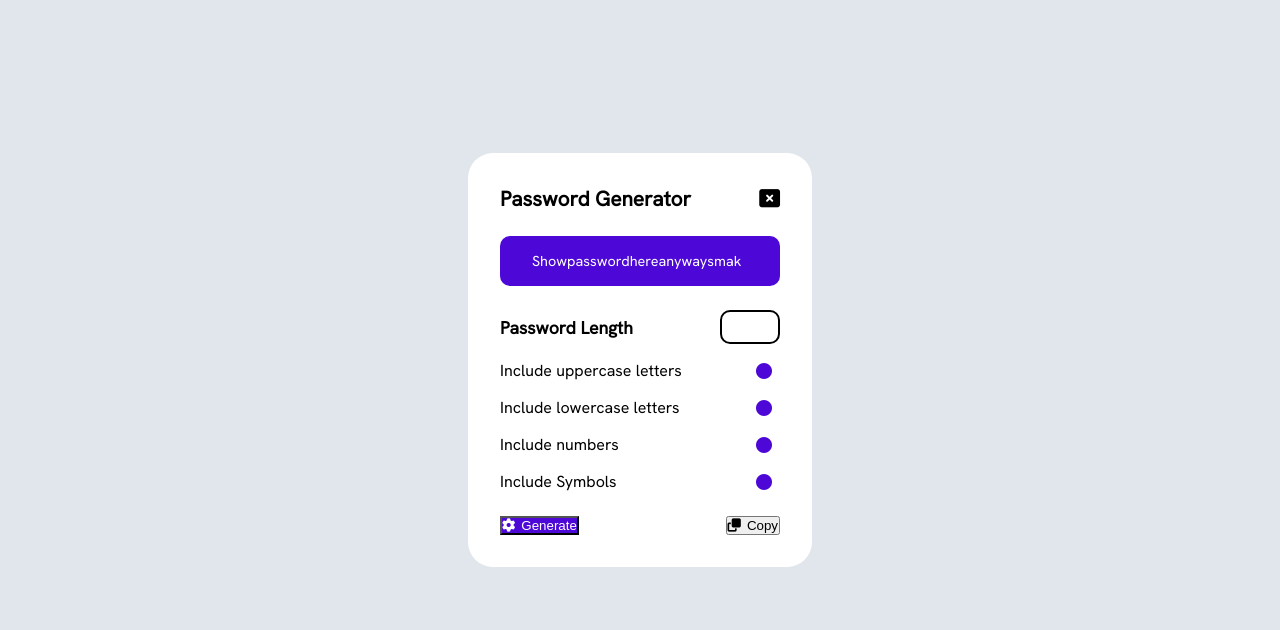
Repository: emiliaiwu/password_generator
Page: index.html
These files come from the project's save history. The page is drawn as it stood at one moment and after a run of saves; the edit follows.
The browser window is 1280 px wide. The pictures show the whole page.
Some web libraries are served in a nearby version.

Above is the page before, as saved 2022-12-14 05:10:33.

After the next 5 saves:
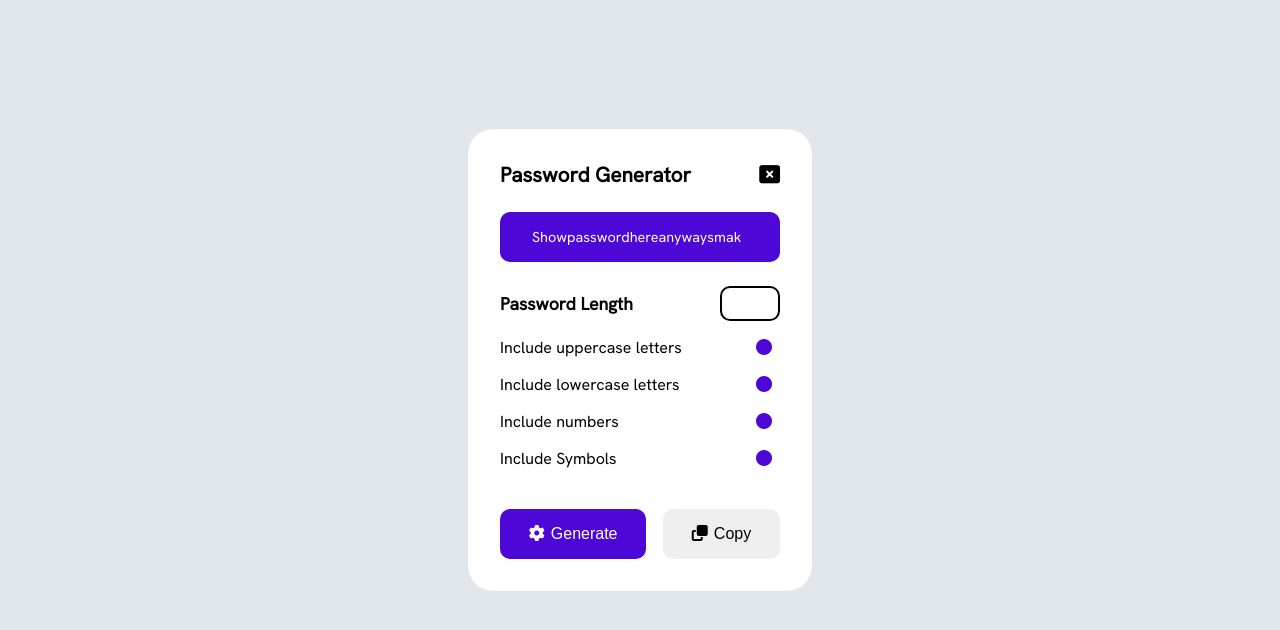
The 5 saves are shown as one change because they came seconds apart.
The last was saved 11 s later.
--- a/style.css
+++ b/style.css
@@ -127,7 +127,9 @@
 
 /* CHECKED */
 
-.list input:checked ~ .fa-circle
+.list input:checked ~ .fa-circle-check {
+    opacity: 1;
+}
 
 
 .btn {

After the 2 saves that followed:
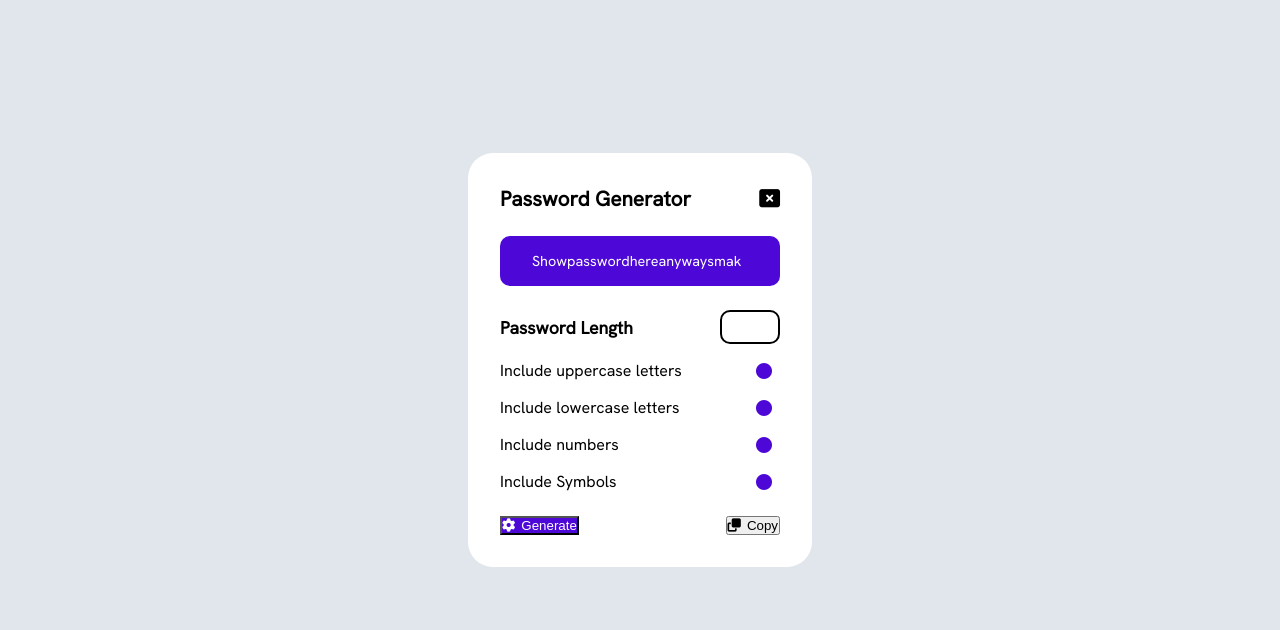
The 2 saves are shown as one change because they came seconds apart.
The last was saved 14 s later.
--- a/style.css
+++ b/style.css
@@ -131,6 +131,8 @@
     opacity: 1;
 }
 
+.list input:checked ~ .fa-circle-check
+
 
 .btn {
     margin-top: 1rem;
